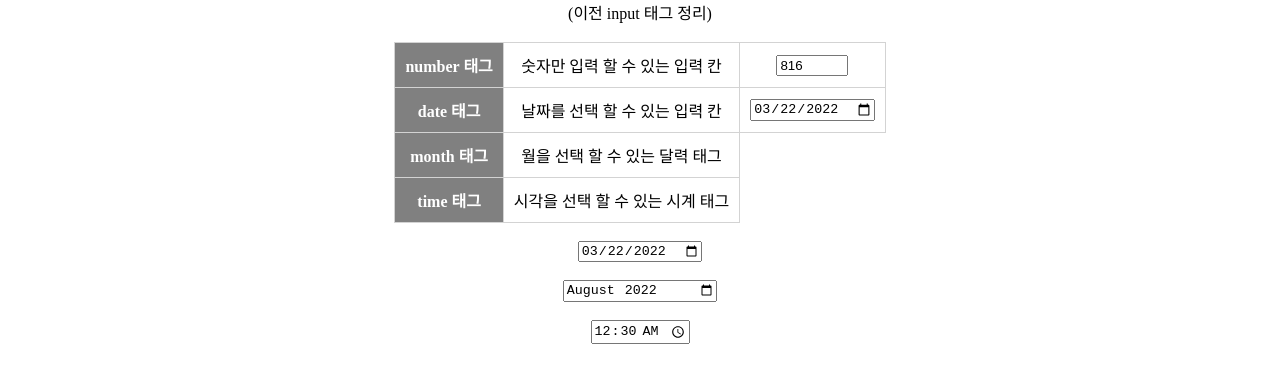
Repository: itkezi/HTML_2022_505
Page: Web/WebContent/HTML/0322_form.html
The author's editor kept a copy of each file at every save. The page is drawn from the files as they stood at one save, then again after the next save.
The browser window is 1280 px wide. The pictures show the whole page.

Above is the page before, as saved 2022-03-22 07:26:20.

### Web/WebContent/HTML/0322_form.html
<!DOCTYPE html>
<html>
<head>
<meta charset="UTF-8">
<title>추가 input 태그</title>
<style>
h3 { color:blue } /* 내부스타일 */
</style>
<!--  외부스타일 -->
<link rel='stylesheet' href='../css/common.css'>
</head>
<body>
<a style='color:inherit; text-decoration: none'
   href="http://localhost:8080/Web/HTML/0321_form.html"> (이전 input 태그 정리)</a>
   <br><br>
<table>
	<tr><th>number 태그</th>
		<td>숫자만 입력 할 수 있는 입력 칸</td>
		<td><input type='number' min='0' max='1000' value='816' step='2'>
		<!--
			- min/max 값을 정해 놔도 다른 값이 입력됨 : 추후 프로그램으로 보정해야함
			- step은 입력 배수
		--></td>
	</tr>
	<tr><th>date 태그</th>
		<td>날짜를 선택 할 수 있는 입력 칸</td>
		<td><input type='date' value='2022-03-22'>
		<!--
			- 여기서 value값은 화면에 보이는 날짜
			- 매일 날짜를 다르게 하려면 (ex 매일 오늘 날짜) 프로그램 보장
		--></td>
	</tr>
	<tr><th>month 태그</th>
		<td>월을 선택 할 수 있는 달력 태그</td>
	</tr>
	<tr><th>time 태그</th>
		<td>시각을 선택 할 수 있는 시계 태그</td>
	</tr>
</table><br>

<input type='date' value='2022-03-22'>
<!--
	- 여기서 value값은 화면에 보이는 날짜
	- 매일 날짜를 다르게 하려면 (ex 매일 오늘 날짜) 프로그램 보장
--><br><br>
<input type='month' value='2022-08'><br><br>
<input type='time' value='00:30'><br><br>
</body>
</html>

### Web/WebContent/css/common.css
@charset "UTF-8";
body { text-align: center; margin:0 auto; }
table { border-collapse: collapse; margin : auto;}
th, td { border: 1px solid lightgray; padding: 10px ; text-align: center; margin:0 auto}
th {	background-color: gray; color:white; }
ul {list-style-type:none; padding :0}

After the next save:
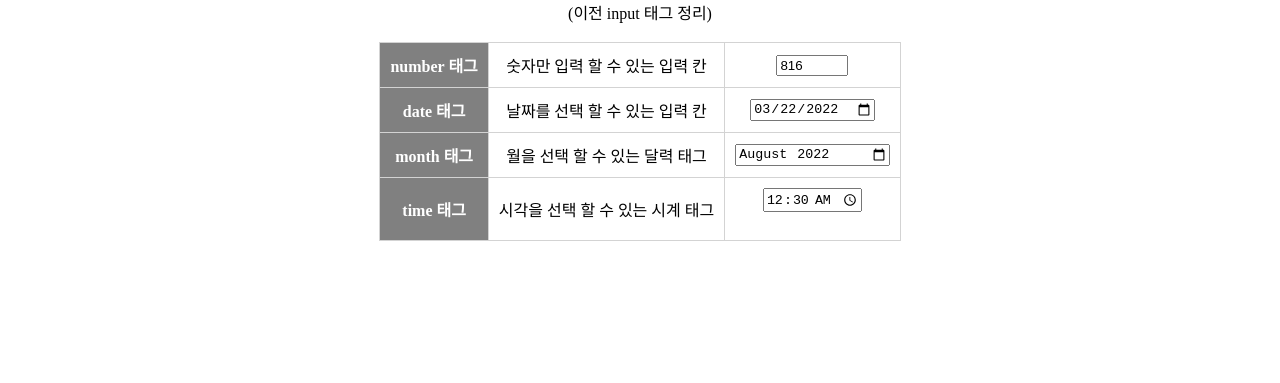
Saved 64 s later.
--- a/Web/WebContent/HTML/0322_form.html
+++ b/Web/WebContent/HTML/0322_form.html
@@ -27,23 +27,17 @@ h3 { color:blue } /* 내부스타일 */
 		<td><input type='date' value='2022-03-22'>
 		<!--
 			- 여기서 value값은 화면에 보이는 날짜
-			- 매일 날짜를 다르게 하려면 (ex 매일 오늘 날짜) 프로그램 보장
+			- 매일 날짜를 다르게 하려면 (ex 매일 오늘 날짜) 프로그램 보정
 		--></td>
 	</tr>
 	<tr><th>month 태그</th>
 		<td>월을 선택 할 수 있는 달력 태그</td>
+		<td><input type='month' value='2022-08'></td>
 	</tr>
 	<tr><th>time 태그</th>
 		<td>시각을 선택 할 수 있는 시계 태그</td>
+		<td><input type='time' value='00:30'><br><br></td>
 	</tr>
 </table><br>
-
-<input type='date' value='2022-03-22'>
-<!--
-	- 여기서 value값은 화면에 보이는 날짜
-	- 매일 날짜를 다르게 하려면 (ex 매일 오늘 날짜) 프로그램 보장
---><br><br>
-<input type='month' value='2022-08'><br><br>
-<input type='time' value='00:30'><br><br>
 </body>
 </html>
